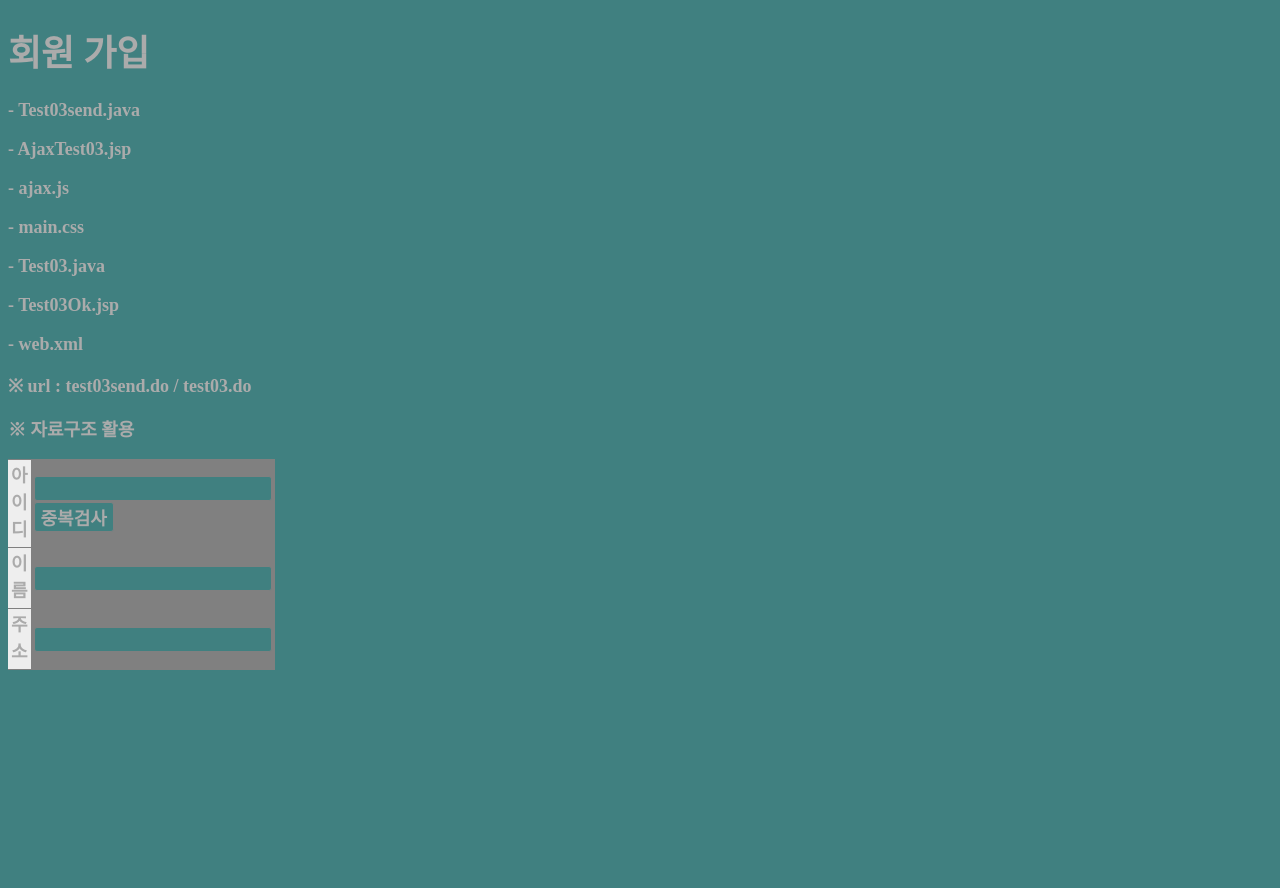
Repository: Umkimisstrong/UM_Webbb
Page: http://localhost/AjaxApp/AjaxTest03.jsp
These files come from the project's save history. The page is drawn as it stood at one moment and after the next save; the edit follows.
The browser window is 1280 px wide. The pictures show the whole page.
The page is served by Tomcat 9.

Above is the page before, as saved 2022-05-10 03:29:40.

After the next save:
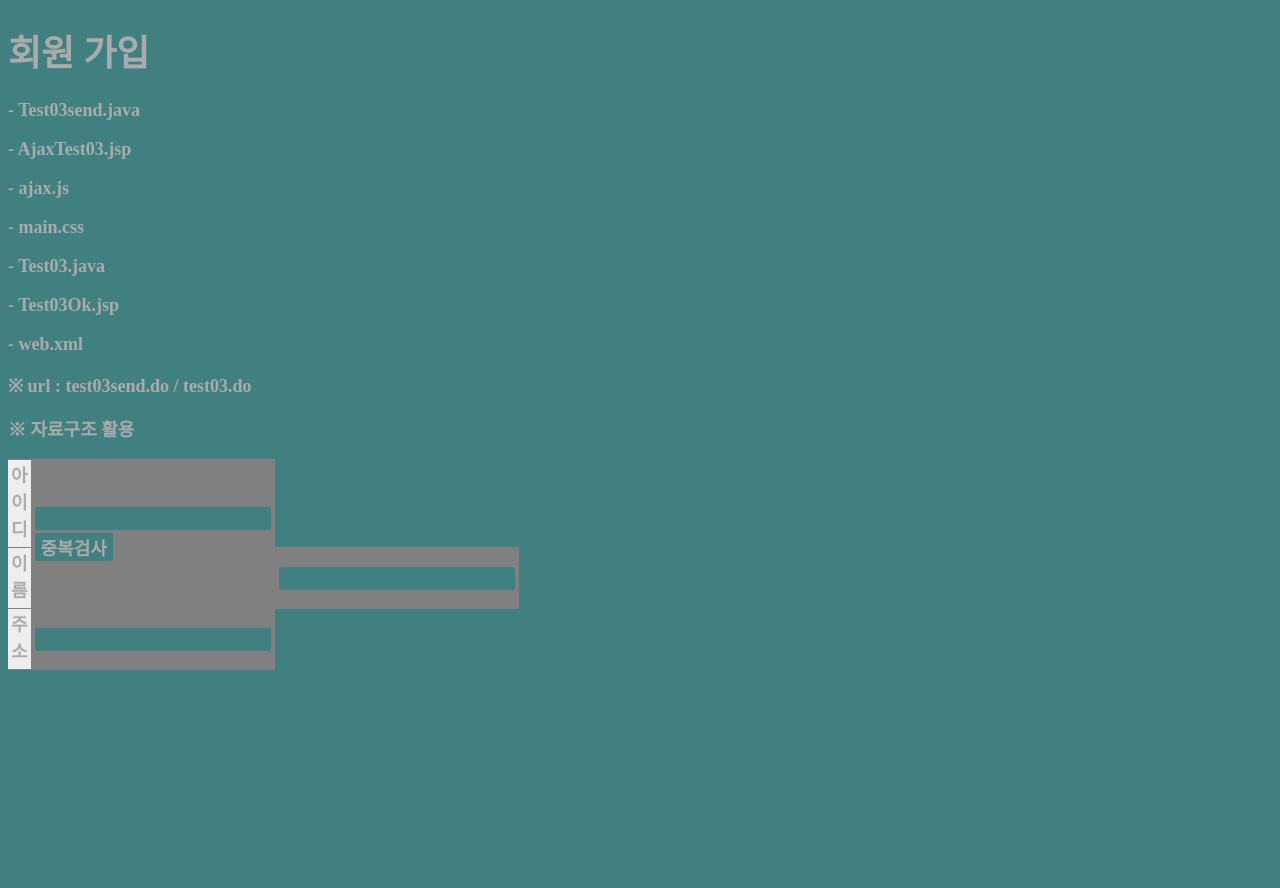
Saved 33 s later.
--- a/AjaxApp/WebContent/AjaxTest03.jsp
+++ b/AjaxApp/WebContent/AjaxTest03.jsp
@@ -30,7 +30,7 @@
 <table class="table">
 	<tr>
 		<th>아이디</th>
-		<td>
+		<td rowspan="2">
 			<input type="text" id="id" class="control"/>
 			<input type="button" value="중복검사" class="control" />
 			<span id="result"></span>

After the save that followed:
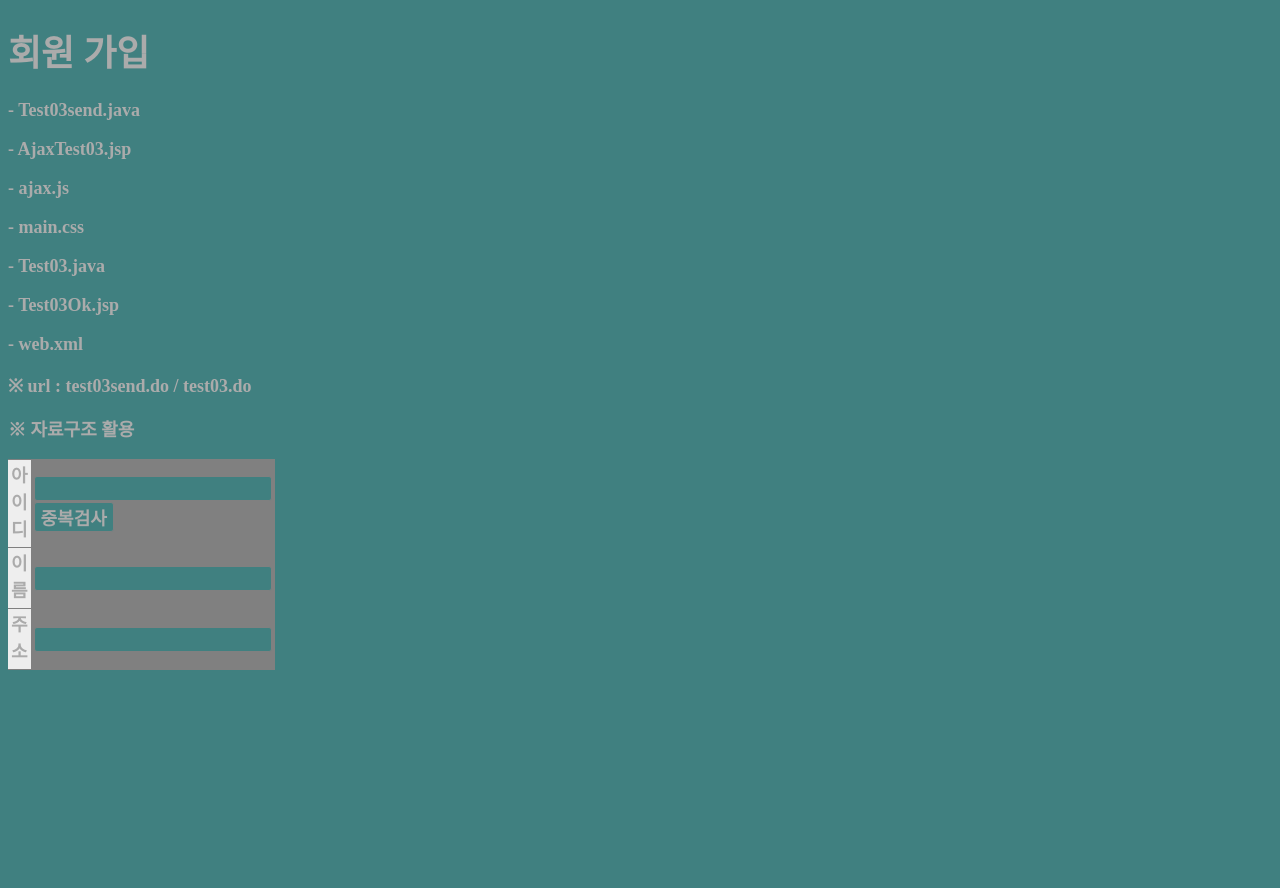
Saved 22 s later.
--- a/AjaxApp/WebContent/AjaxTest03.jsp
+++ b/AjaxApp/WebContent/AjaxTest03.jsp
@@ -30,7 +30,7 @@
 <table class="table">
 	<tr>
 		<th>아이디</th>
-		<td rowspan="2">
+		<td>
 			<input type="text" id="id" class="control"/>
 			<input type="button" value="중복검사" class="control" />
 			<span id="result"></span>
